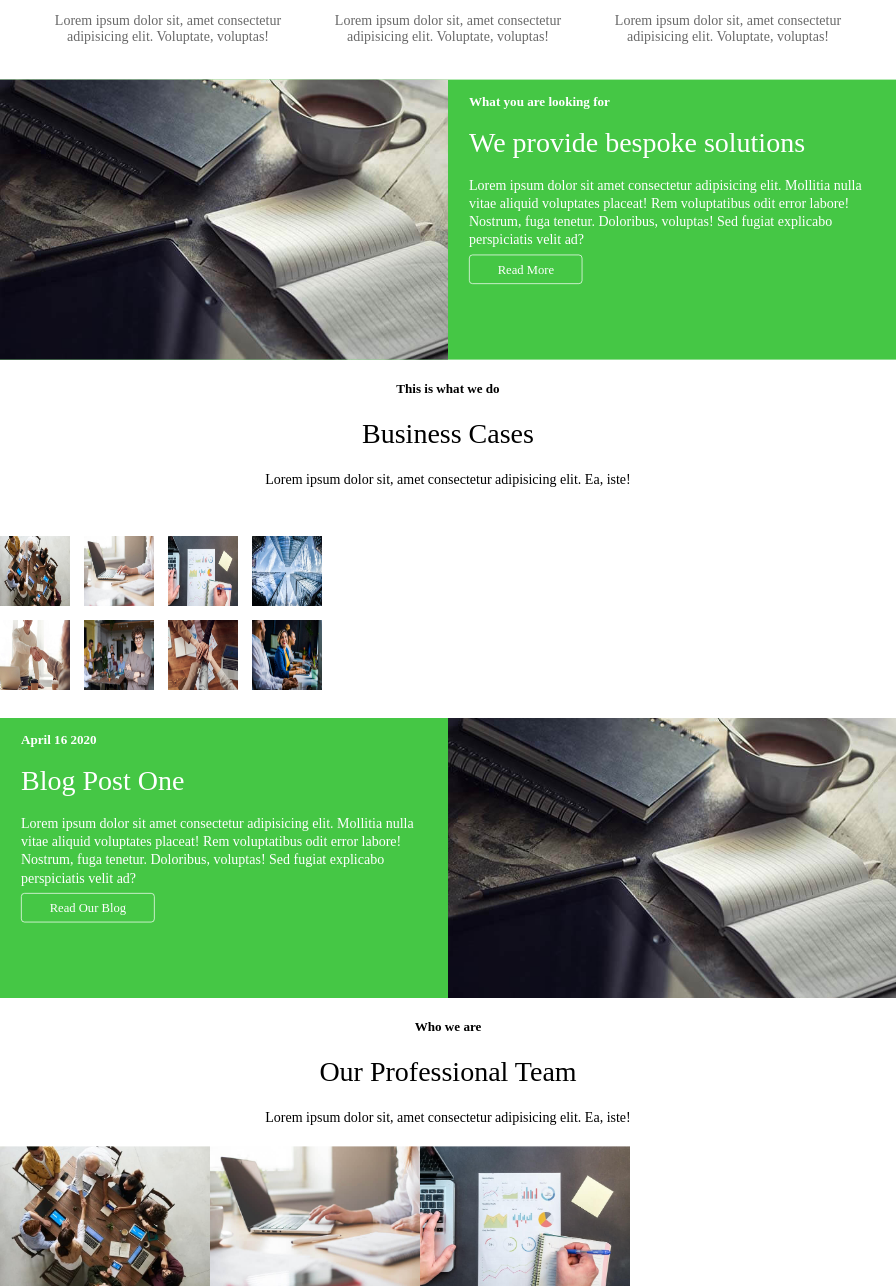
Repository: reemoon-ctrl/swiftdisk-Website-Flexbox
Page: index.html
The author's editor kept a copy of each file at every save. The page is drawn from the files as they stood at one save, then again after a run of saves.
The browser window is 1280 px wide. The pictures show the part of the page from y = 884 to 2804 px (the page is 2722 px tall before and 2804 px after), at 70% of full size.

Above is the page before, as saved 2024-07-27 09:57:58.

After the next 3 saves:
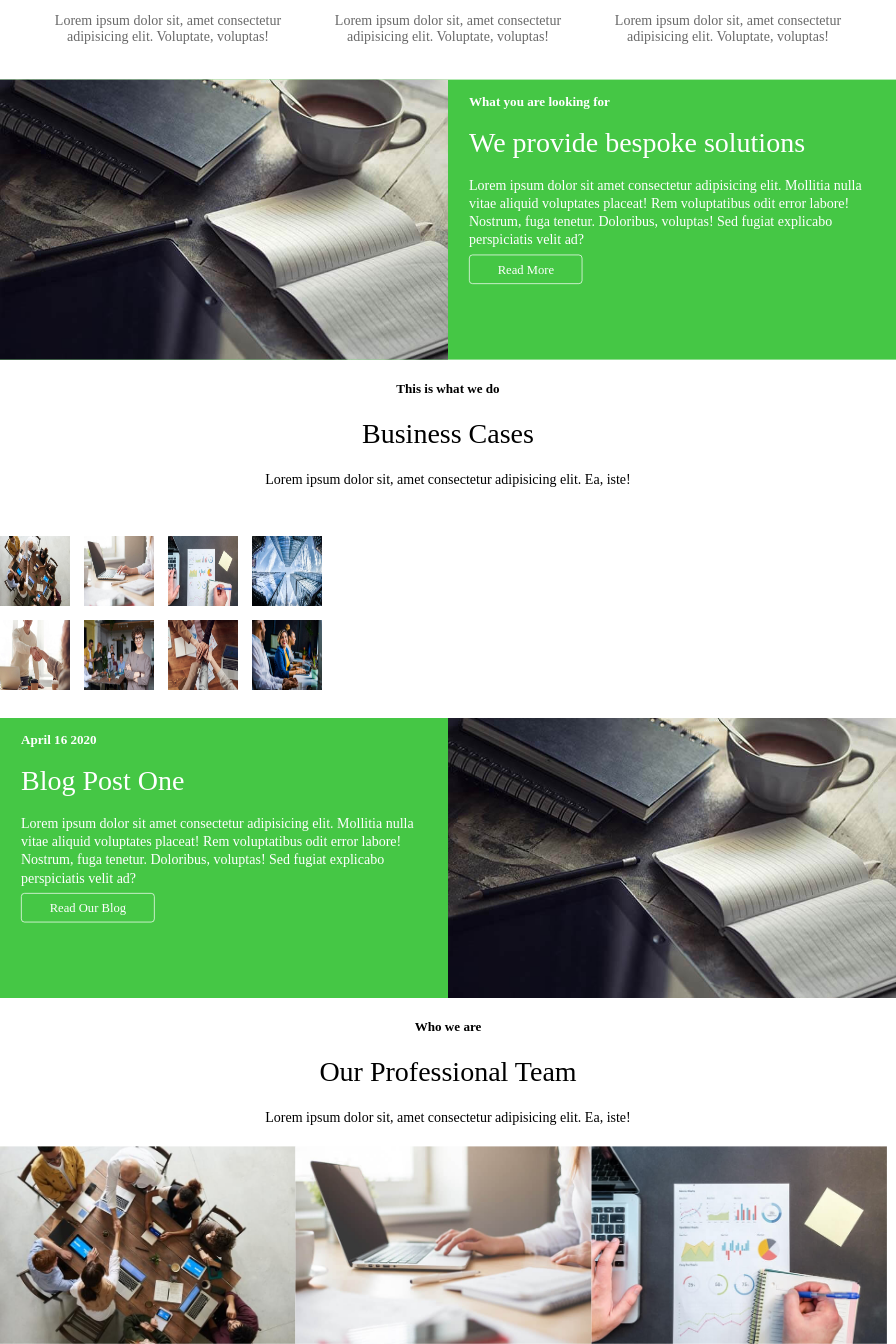
The 3 saves are shown as one change because they came seconds apart.
The last was saved 14 s later.
--- a/index.css
+++ b/index.css
@@ -219,6 +219,6 @@ body{
 
 }
 .tmimg{
-    width: 300px;
-
-}
+    width: 33%;
+
+}
